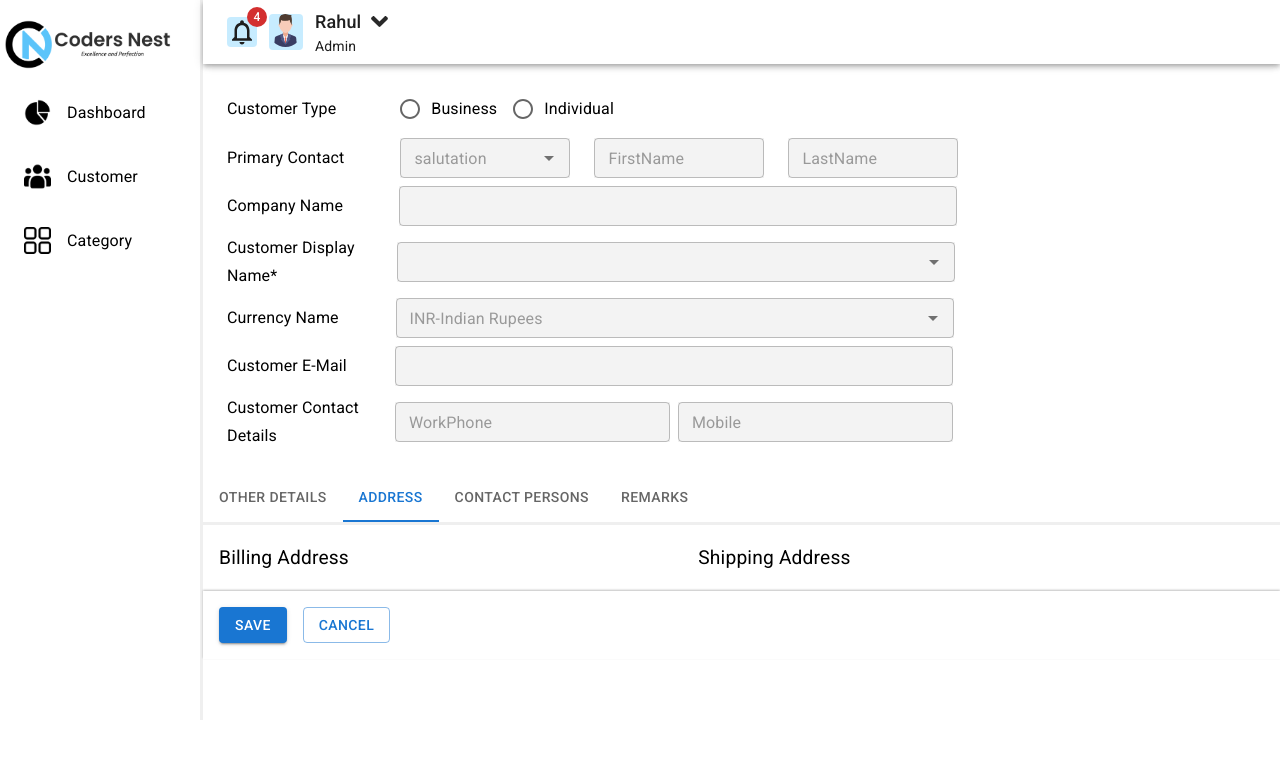
Repository: wajahadalishaik04/CN_Books
Page: /newcustomer, after clicking the first element matching `div.MuiTabs-list > :nth-child(2)`
The author's editor kept a copy of each file at every save. The page is drawn from the files as they stood at one save, then again after the next save.
The browser window is 1280 px wide. The pictures show the whole page.
The project was rebuilt for these pictures with package versions that can differ from the ones it lists, and the page was loaded fresh each time. Also part of the build but not shown: vite.config.js, src/pages/LoginScreen.jsx, src/pages/Signin.jsx, src/pages/OtpScreen.jsx, src/pages/SignUp.jsx, src/pages/VerifyScreen.jsx, src/components/Content.jsx, src/pages/DashboardScreen.jsx and 4 more.

Above is the page before, as saved 2024-09-18 00:32:59.

### index.html
<!DOCTYPE html>
<html lang="en">
  <head>
    <meta charset="UTF-8" />
    <link rel="preconnect" href="https://fonts.googleapis.com" />
    <link rel="preconnect" href="https://fonts.gstatic.com" crossorigin />
    <link
      rel="stylesheet"
      href="https://fonts.googleapis.com/css2?family=Roboto:wght@300;400;500;700&display=swap"
    />

    <meta name="viewport" content="width=device-width, initial-scale=1.0" />
    <title>CN_BOOKS</title>
  </head>
  <body>

    <div id="root"></div>
    <script type="module" src="/src/main.jsx"></script>
  </body>
</html>

### src/main.jsx
import { createRoot } from 'react-dom/client'
import App from './App.jsx'
import { Provider } from 'react-redux'
import store from './store/store.js'
import './styles/index.css'
createRoot(document.getElementById('root')).render(
 <Provider store={store}>
   <App />
 </Provider>
)

### src/App.jsx
import React from "react";
import LoginScreen from "./pages/LoginScreen";
import { BrowserRouter, Routes, Route, Navigate } from "react-router-dom";
import Signin from "./pages/Signin";
import { useSelector } from "react-redux";
import OtpScreen from "./pages/OtpScreen";
import SignUp from "./pages/SignUp";
import VerifyScreen from "./pages/VerifyScreen";
import DashboardScreen from "./pages/DashboardScreen";
import SideBar from "./components/SideBar";
import Header from "./components/Header";
import Customer from "./pages/Customer";
import WrapComponent from "./pages/WrapComponent";
import Category from "./pages/Category";
import NewCustomer from "./pages/customerscreens/NewCustomer";

const App = () => {
  const { user } = useSelector((e) => e.userReducer);
  return (
    <>
      <BrowserRouter>
        <Routes>
          <Route element={<WrapComponent />}>
            <Route path="/dashboardscreen" element={<DashboardScreen />} />
            <Route path="/customer" element={<Customer />} />
            <Route path="/category" element={<Category />} />
            <Route path="/newcustomer" element={<NewCustomer />} />

          </Route>
          <Route
            path="/"
            element={<Navigate to={user ? "/signin" : "/LoginScreen"} />}
          />
          <Route
            path="/signin"
            element={user ? <Navigate to={"/dashboardscreen"} /> : <Signin />}
          />
          <Route path="/loginscreen" element={<LoginScreen />} />
          <Route path="/otpscreen" element={<OtpScreen />} />
          <Route path="/signup" element={<SignUp />} />
          <Route path="/verifyscreen" element={<VerifyScreen />} />
        </Routes>
      </BrowserRouter>
    </>
  );
};

export default App;

### src/styles/index.css
*
{
    margin: 0;
    padding: 0;
    border: none;

}

### src/pages/WrapComponent.jsx
import { Box } from "@mui/material";
import React from "react";
import SideBar from "../components/SideBar";
import Header from "../components/Header";
import { Outlet } from "react-router-dom";

const WrapComponent = () => {
  return (
    <>
      <Box sx={{ display: "flex" }}>
        <SideBar />
        <Box flex={1}>
          <Header />
          <Outlet/>
        </Box>
      </Box>
    </>
  );
};

export default WrapComponent;

### src/pages/customerscreens/NewCustomer.jsx
import { BorderColor, CloudUpload } from "@mui/icons-material";
import {
  Box,
  Typography,
  Button,
  Tabs,
  Tab,
  FormControl,
  InputLabel,
  Select,
  MenuItem,
  TextField,
  RadioGroup,
  FormControlLabel,
  Radio,
  Autocomplete,
  styled,
  Checkbox,
} from "@mui/material";
import React, { useState } from "react";
import { Link } from "react-router-dom";

const NewCustomer = () => {
  const StyledTextField = styled(TextField)({
    backgroundColor: "#F3F3F3",
    color: "#939393",

    "&:hover": {
      backgroundColor: "#F3F3F3",
    },
    "& .MuiOutlinedInput-root": {
      "&.Mui-focused": {
        backgroundColor: "#EBF9FF", // Focused background color
        borderColor: "#5BC4FA", // Focused border color
      },
    },
  });

  // customer Type Radio
  const [value, setValue] = React.useState("");
  const handleChange = (event) => {
    setValue(event.target.value);
  };
  // primary contact:salutaion Inputfield
  const salutationOpt = ["Salutation1", "Salutation2"];
  const salutationName = {
    options: salutationOpt,
    getOptionLabel: (option) => option,
  };
  // customer Display Name Inputfield
  const customerDisplayNameOpt = ["Usman", "Ameeruddin"];
  const customerDisplayName = {
    options: customerDisplayNameOpt,
    getOptionLabel: (option) => option,
  };
  // currency Name Inputfield
  const currencyNameOpt = ["INR-Indian Rupees", "USD-United State Dollar"];
  const currencyName = {
    options: currencyNameOpt,
    getOptionLabel: (option) => option,
  };

  // Gst Treatment Name Inputfield
  const GstTreatmentNameOpt = ["OFFLINE", "ONLINE"];
  const GstTreatmentName = {
    options: GstTreatmentNameOpt,
    getOptionLabel: (option) => option,
  };
  // place Of Supply Name Inputfield
  const placeofSupplyNameOpt = ["ANDHRAPRADESH", "GUJARAT", "TAMILNADU"];
  const placeofSupplyName = {
    options: placeofSupplyNameOpt,
    getOptionLabel: (option) => option,
  };
  // Tax Exempt Type Radio
  const [taxvalue, setTaxValue] = React.useState("");
  const taxhandleChange = (event) => {
    setTaxValue(event.target.value);
  };
  // payment Terms Inputfield
  const paymentTermsOpt = ["30days", "60days"];
  const paymentTerms = {
    options: paymentTermsOpt,
    getOptionLabel: (option) => option,
  };
  // portal Language Inputfield
  const portalLanguageOpt = ["English", "Hindi", "Tamil", "Urdu"];
  const portalLanguage = {
    options: portalLanguageOpt,
    getOptionLabel: (option) => option,
  };
  // documents upload
  const VisuallyHiddenInput = styled("input")({
    clip: "rect(0 0 0 0)",
    clipPath: "inset(50%)",
    height: 1,
    overflow: "hidden",
    position: "absolute",
    bottom: 0,
    left: 0,
    whiteSpace: "nowrap",
    width: 1,
  });

  // menu Tabs section
  const [tabsValue, setTabsValue] = useState(0);

  const handleTabChange = (event, newValue) => {
    setTabsValue(newValue);
  };

  return (
    <Box sx={{ display: "flex", height: "100vh" }}>
      <Box sx={{ flexGrow: 1 }}>
        <Box padding={3}>
          {/* Customer Type */}
          <Box sx={{ display: "flex", gap: 8, alignItems: "center" }}>
            <Typography>Customer Type</Typography>
            <FormControl>
              <RadioGroup row value={value} onChange={handleChange}>
                <FormControlLabel
                  value="Business"
                  control={<Radio />}
                  label="Business"
                />
                <FormControlLabel
                  value="Individual"
                  control={<Radio />}
                  label="Individual"
                />
              </RadioGroup>
            </FormControl>
          </Box>
          {/* primary Contact Input Field */}
          <Box
            sx={{
              display: "flex",
              mt: 1,
              alignItems: "center",
              gap: 7,
              fontWeight: 400,
            }}
          >
            <Typography variant="subtitle1">Primary Contact</Typography>
            <Box
              sx={{ display: "flex", justifyContent: "space-between", gap: 3 }}
            >
              <Autocomplete
                size="small"
                {...salutationName}
                id="salutationName"
                disableClearable
                renderInput={(params) => (
                  <StyledTextField
                    sx={{ width: 170 }}
                    size="small"
                    placeholder="salutation"
                    {...params}
                    variant="outlined"
                  />
                )}
              />
              <StyledTextField
                size="small"
                sx={{ width: 170 }}
                placeholder="FirstName"
              />
              <StyledTextField
                size="small"
                sx={{ width: 170 }}
                placeholder="LastName"
              />
            </Box>
          </Box>
          {/* company Name Input Field */}
          <Box
            sx={{
              display: "flex",
              mt: 1,
              alignItems: "center",
              gap: 7,
              fontWeight: 400,
            }}
          >
            <Typography variant="subtitle1">Company Name</Typography>
            <Box width={558}>
              <StyledTextField fullWidth size="small" />
            </Box>
          </Box>
          {/* customer Display Name Input Field  */}
          <Box
            sx={{
              display: "flex",
              mt: 1,
              alignItems: "center",
              gap: 5.3,
              fontWeight: 400,
            }}
          >
            <Typography variant="subtitle1">
              Customer Display<br></br> Name*
            </Typography>
            <Box width={558}>
              <Autocomplete
                size="small"
                {...customerDisplayName}
                id="customerDisplayName"
                disableClearable
                renderInput={(params) => (
                  <StyledTextField
                    fullWidth
                    size="small"
                    {...params}
                    variant="outlined"
                  />
                )}
              />
            </Box>
          </Box>
          {/* Currency Input Field */}
          <Box
            sx={{
              display: "flex",
              mt: 1,
              alignItems: "center",
              gap: 7.1,
              fontWeight: 400,
            }}
          >
            <Typography variant="subtitle1">Currency Name</Typography>
            <Box width={558}>
              <Autocomplete
                size="small"
                {...currencyName}
                id="currencyName"
                disableClearable
                renderInput={(params) => (
                  <StyledTextField
                    placeholder="INR-Indian Rupees"
                    fullWidth
                    size="small"
                    {...params}
                    variant="outlined"
                  />
                )}
              />
            </Box>
          </Box>
          {/* Customer E-mail Input Field */}
          <Box
            sx={{
              display: "flex",
              mt: 1,
              alignItems: "center",
              gap: 6,
              fontWeight: 400,
            }}
          >
            <Typography variant="subtitle1">Customer E-Mail</Typography>
            <Box width={558}>
              <StyledTextField fullWidth size="small" />
            </Box>
          </Box>
          {/* Customer Contact Details Input Field */}
          <Box
            sx={{
              display: "flex",
              mt: 1,
              alignItems: "center",
              gap: 4.5,
              fontWeight: 400,
            }}
          >
            <Typography variant="subtitle1">
              Customer Contact<br></br> Details
            </Typography>
            <Box width={558} display={"flex"} gap={1}>
              <StyledTextField
                size="small"
                sx={{ width: 279 }}
                placeholder="WorkPhone"
              />
              <StyledTextField
                size="small"
                sx={{ width: 279 }}
                placeholder="Mobile"
              />
            </Box>
          </Box>
        </Box>
        {/* Tab Section */}
        <Tabs
          sx={{ borderBottom: "3px solid #EFEFEF" }}
          value={tabsValue}
          onChange={handleTabChange}
        >
          <Tab label="Other Details" />
          <Tab label="Address" />
          <Tab label="Contact Persons" />
          <Tab label="Remarks" />
        </Tabs>
        {tabsValue === 0 && (
          <Box sx={{ padding: 2 }}>
            {/* GST Treatment */}
            <Box
              sx={{
                display: "flex",
                mt: 1,
                alignItems: "center",
                gap: 7.1,
                fontWeight: 400,
              }}
            >
              <Typography variant="subtitle1">Gst Treatment*</Typography>
              <Box width={558}>
                <Autocomplete
                  size="small"
                  {...GstTreatmentName}
                  id="GstTreatmentName"
                  disableClearable
                  renderInput={(params) => (
                    <StyledTextField
                      placeholder="Select a GST treatment"
                      fullWidth
                      size="small"
                      {...params}
                      variant="outlined"
                    />
                  )}
                />
              </Box>
            </Box>
            {/* Place of Supply */}
            <Box
              sx={{
                display: "flex",
                mt: 1,
                alignItems: "center",
                gap: 6,
                fontWeight: 400,
              }}
            >
              <Typography variant="subtitle1">Place of Supply*</Typography>
              <Box width={558}>
                <Autocomplete
                  size="small"
                  {...placeofSupplyName}
                  id="placeofSupplyName"
                  disableClearable
                  renderInput={(params) => (
                    <StyledTextField
                      required
                      fullWidth
                      size="small"
                      {...params}
                      variant="outlined"
                    />
                  )}
                />
              </Box>
            </Box>
            {/* pan Input field */}

            <Box
              sx={{
                display: "flex",
                mt: 1,
                alignItems: "center",
                gap: 17.3,
                fontWeight: 400,
              }}
            >
              <Typography variant="subtitle1">Pan</Typography>
              <Box width={558}>
                <StyledTextField fullWidth size="small" />
              </Box>
            </Box>
            {/* Tax Preference Input Field */}
            <Box sx={{ display: "flex", gap: 7, mt: 1, alignItems: "center" }}>
              <Typography>Tax Preference*</Typography>
              <FormControl>
                <RadioGroup row value={taxvalue} onChange={taxhandleChange}>
                  <FormControlLabel
                    value="Business"
                    control={<Radio />}
                    label="Taxable"
                  />
                  <FormControlLabel
                    value="Individual"
                    control={<Radio />}
                    label="Tax Exempt"
                  />
                </RadioGroup>
              </FormControl>
            </Box>
            {/* payment Terms input field */}
            <Box
              sx={{
                display: "flex",
                mt: 1,
                alignItems: "center",
                gap: 6.5,
                fontWeight: 400,
              }}
            >
              <Typography variant="subtitle1">Payment Terms</Typography>
              <Box width={558}>
                <Autocomplete
                  size="small"
                  {...paymentTerms}
                  id="paymentTerms"
                  disableClearable
                  renderInput={(params) => (
                    <StyledTextField
                      placeholder="Due on Receipt"
                      fullWidth
                      size="small"
                      {...params}
                      variant="outlined"
                    />
                  )}
                />
              </Box>
            </Box>
            {/* Enable portal Access */}
            <Box sx={{ display: "flex", gap: 8, mt: 1, alignItems: "center" }}>
              <Typography>Enable Portal?</Typography>
              <FormControlLabel
                sx={{ color: "#939393" }}
                control={<Checkbox />}
                label="Allow Portal access for this customer"
              />
            </Box>
            {/* Portal Language */}
            <Box
              sx={{
                display: "flex",
                mt: 1,
                alignItems: "center",
                gap: 6,
                fontWeight: 400,
              }}
            >
              <Typography variant="subtitle1">portal Language </Typography>
              <Box width={558}>
                <Autocomplete
                  size="small"
                  {...portalLanguage}
                  id="portalLanguage"
                  disableClearable
                  renderInput={(params) => (
                    <StyledTextField
                      placeholder="Select Portal Language"
                      fullWidth
                      size="small"
                      {...params}
                      variant="outlined"
                    />
                  )}
                />
              </Box>
            </Box>
            {/* Upload Documents */}
            <Box
              sx={{
                display: "flex",
                mt: 2,
                alignItems: "center",
                gap: 11,
                fontWeight: 400,
              }}
            >
              <Typography variant="subtitle1">Documents </Typography>
              <Box display={"flex"} flexDirection={"column"}>
                <Button
                  sx={{
                    width: 180,
                    backgroundColor: "#F3F3F3",
                    color: "#939393",
                  }}
                  component="label"
                  role={undefined}
                  variant="contained"
                  tabIndex={-1}
                  startIcon={<CloudUpload />}
                >
                  Upload files
                  <VisuallyHiddenInput
                    type="file"
                    onChange={(event) => console.log(event.target.files)}
                    multiple
                  />
                </Button>
                <Typography variant="caption" color="#939393">
                  You can upload the maximum of 3 files, 10MB each
                </Typography>
              </Box>
            </Box>
            {/* website url Document */}

            <Box
              sx={{
                display: "flex",
                mt: 1,
                alignItems: "center",
                gap: 10.5,
                fontWeight: 400,
              }}
            >
              <Typography variant="subtitle1">Documents</Typography>
              <Box width={558}>
                <StyledTextField
                  placeholder="Website Url"
                  type="url"
                  fullWidth
                  size="small"
                />
              </Box>
            </Box>
            {/* Department InputField */}
            <Box
              sx={{
                display: "flex",
                mt: 1.5,
                alignItems: "center",
                gap: 10,
                fontWeight: 400,
              }}
            >
              <Typography variant="subtitle1">Department</Typography>
              <Box width={558}>
                <StyledTextField

                  fullWidth
                  size="small"
                />
              </Box>
            </Box>
            {/* customer Owner */}
            <Box
              sx={{
                display: "flex",
                mt: 4,
                marginBottom:3,

                alignItems: "center",
                gap:5,
                fontWeight: 400,
              }}
            >
              <Typography variant="subtitle1">Customer Owner:</Typography>
              <Box  sx={{display:"flex", alignItems:"center"}}>
                <Typography color="#939393"  variant="caption">Assign a user as the customer owner to provide access only to the data of this customer.<Box component={Link} sx={{color:"#5BC4FA",textDecoration:"none"}}>Learn more</Box></Typography>
              </Box>
            </Box>
          </Box>
        )}
        {tabsValue === 1 && (
          <Box sx={{ padding: 2 }}>
           {/* Billing & shipping Address */}
           <Box sx={{display:"flex",justifyContent:"space-between"}}>
            <Typography variant="subtitle1"fontSize={"1.2rem"}>Billing Address</Typography>
            <Typography variant="subtitle1"fontSize={"1.2rem"}>Shipping Address</Typography>
            <Button variant="text"></Button>
           </Box>
          </Box>
        )}
        {/* footerButtons */}
        <Box sx={{ display: "flex",p:2,boxShadow:"0 -1px 2px #00000040" }}>
          <Button variant="contained" sx={{ marginRight: 2 }}>
            Save
          </Button>
          <Button variant="outlined">Cancel</Button>
        </Box>
      </Box>
    </Box>
  );
};

export default NewCustomer;

Loaded but not shown: src/utils/ImgUtils.js (33 lines, source omitted); src/store/reducer.js (9 lines, source omitted); src/store/store.js (7 lines, source omitted); src/components/Header.jsx (82 lines, source omitted); src/components/SideBar.jsx (103 lines, source omitted)

After the next save:
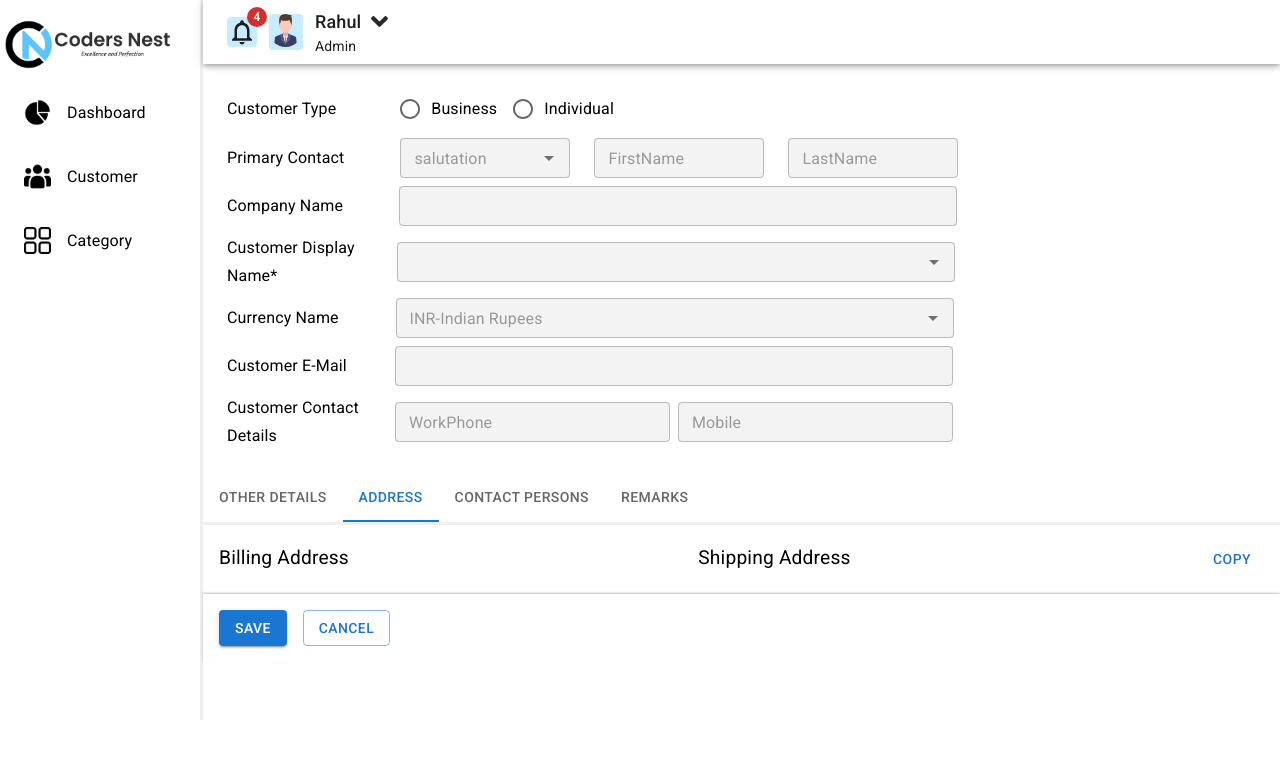
Saved 18 s later.
--- a/src/pages/customerscreens/NewCustomer.jsx
+++ b/src/pages/customerscreens/NewCustomer.jsx
@@ -561,7 +561,7 @@ const NewCustomer = () => {
            <Box sx={{display:"flex",justifyContent:"space-between"}}>
             <Typography variant="subtitle1"fontSize={"1.2rem"}>Billing Address</Typography>
             <Typography variant="subtitle1"fontSize={"1.2rem"}>Shipping Address</Typography>
-            <Button variant="text"></Button>
+            <Button variant="text">copy </Button>
            </Box>
           </Box>
         )}
